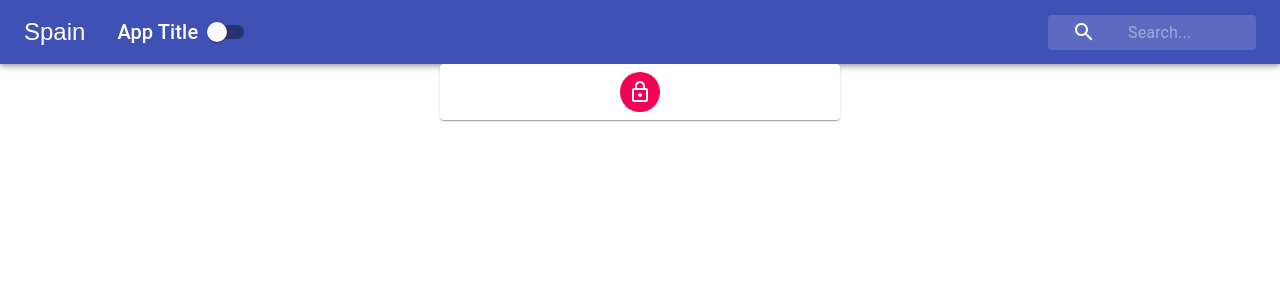
Repository: zhapar/context
Page: /
An editor plug-in stored every save of this project. The page is shown before and after the next save, followed by the edit.
The browser window is 1280 px wide. The pictures show the whole page.
The project was rebuilt for these pictures with package versions that can differ from the ones it lists, and the page was loaded fresh each time.

Above is the page before, as saved 2020-09-29 08:18:08.

### src/App.js
import React from "react";
import Navbar from "./Navbar";
import Form from "./Form";

function App() {
  return (
    <>
      <Navbar />
      <Form />
    </>
  );
}

export default App;

### src/Navbar.js
import React, { Component } from "react";
import AppBar from "@material-ui/core/AppBar";
import Toolbar from "@material-ui/core/Toolbar";
import IconButton from "@material-ui/core/IconButton";
import Typography from "@material-ui/core/Typography";
import InputBase from "@material-ui/core/InputBase";
import SearchIcon from "@material-ui/icons/Search";
import Switch from "@material-ui/core/Switch";
import { withStyles } from "@material-ui/core/styles";
import styles from "./styles/NavBarStyles";

class Navbar extends Component {
  render() {
    const { classes } = this.props;
    return (
      <div className={classes.root}>
        <AppBar position="static" color="primary">
          <Toolbar>
            <IconButton className={classes.menuButton} color="inherit">
              <span>Spain</span>
            </IconButton>
            <Typography className={classes.title} variant="h6" color="inherit">
              App Title
            </Typography>
            <Switch />
            <div className={classes.grow}></div>
            <div className={classes.search}>
              <div className={classes.searchIcon}>
                <SearchIcon />
              </div>
              <InputBase
                placeholder="Search..."
                classes={{
                  root: classes.inputRoot,
                  input: classes.inputInput,
                }}
              />
            </div>
          </Toolbar>
        </AppBar>
      </div>
    );
  }
}

export default withStyles(styles)(Navbar);

### src/Form.js
import React, { Component } from "react";
import Avatar from "@material-ui/core/Avatar";
import Button from "@material-ui/core/Button";
import CssBaseline from "@material-ui/core/CssBaseline";
import FormControl from "@material-ui/core/FormControl";
import FormControlLabel from "@material-ui/core/FormControlLabel";
import Checkbox from "@material-ui/core/Checkbox";
import Input from "@material-ui/core/Input";
import InputLabel from "@material-ui/core/InputLabel";
import LockOutlinedIcon from "@material-ui/icons/LockOutlined";
import Paper from "@material-ui/core/Paper";
import Typography from "@material-ui/core/Typography";
import MenuItem from "@material-ui/core/MenuItem";
import Select from "@material-ui/core/Select";
import withStyles from "@material-ui/core/styles/withStyles";
import styles from "./styles/FormStyles";

class Form extends Component {
  render() {
    const { classes } = this.props;
    return (
      <main className={classes.main}>
        <Paper className={classes.paper}>
          <Avatar className={classes.avatar}>
            <LockOutlinedIcon />
          </Avatar>
        </Paper>
      </main>
    );
  }
}

export default withStyles(styles)(Form);

### src/styles/NavBarStyles.js
import { fade } from "@material-ui/core/styles/colorManipulator";

const styles = (theme) => ({
  root: {
    width: "100%",
    marginBottom: 0,
  },
  grow: {
    flexGrow: 1,
  },
  menuButton: {
    marginLeft: "-12px",
    marginRight: "20px",
  },
  title: {
    display: "none",
    [theme.breakpoints.up("sm")]: {
      display: "block",
    },
  },
  search: {
    position: "relative",
    borderRadius: theme.shape.borderRadius,
    backgroundColor: fade(theme.palette.common.white, 0.15),
    "&:hover": {
      backgroundColor: fade(theme.palette.common.white, 0.25),
    },
    marginLeft: 0,
    width: "100%",
    [theme.breakpoints.up("sm")]: {
      marginLeft: theme.spacing.unit,
      width: "auto",
    },
  },
  searchIcon: {
    width: theme.spacing.unit * 9,
    height: "100%",
    position: "absolute",
    display: "flex",
    alignItems: "center",
    justifyContent: "center",
  },
  inputRoot: {
    color: "inherit",
    width: "100%",
  },
  inputInput: {
    paddingTop: theme.spacing.unit,
    paddingRight: theme.spacing.unit,
    paddingBottom: theme.spacing.unit,
    paddingLeft: theme.spacing.unit * 10,
    transition: theme.transitions.create("width"),
    width: "100%",
    [theme.breakpoints.up("sm")]: {
      width: "120px",
      "&:focus": {
        width: "200px",
      },
    },
  },
});

export default styles;

### src/styles/FormStyles.js
const styles = (theme) => ({
  main: {
    width: "auto",
    display: "block",
    marginLeft: theme.spacing.unit * 3,
    marginRight: theme.spacing.unit * 3,
    [theme.breakpoints.up("md")]: {
      width: 400,
      marginLeft: "auto",
      marginRight: "auto",
    },
  },
  paper: {
    mirginTop: theme.spacing.unit * 8,
    display: "flex",
    flexDirection: "column",
    alignItems: "center",
  },
  avatar: {
    margin: theme.spacing.unit,
    backgroundColor: theme.palette.secondary.main,
  },
});

export default styles;

Loaded but not shown: public/index.html (common file); src/index.js (common file); src/index.css (common file); src/serviceWorker.js (common file)

After the next save:
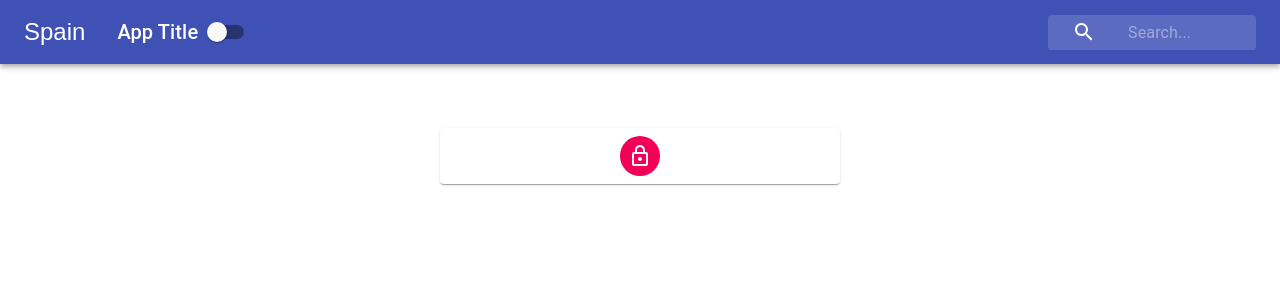
Saved 37 s later.
--- a/src/styles/FormStyles.js
+++ b/src/styles/FormStyles.js
@@ -11,7 +11,7 @@ const styles = (theme) => ({
     },
   },
   paper: {
-    mirginTop: theme.spacing.unit * 8,
+    marginTop: theme.spacing.unit * 8,
     display: "flex",
     flexDirection: "column",
     alignItems: "center",
